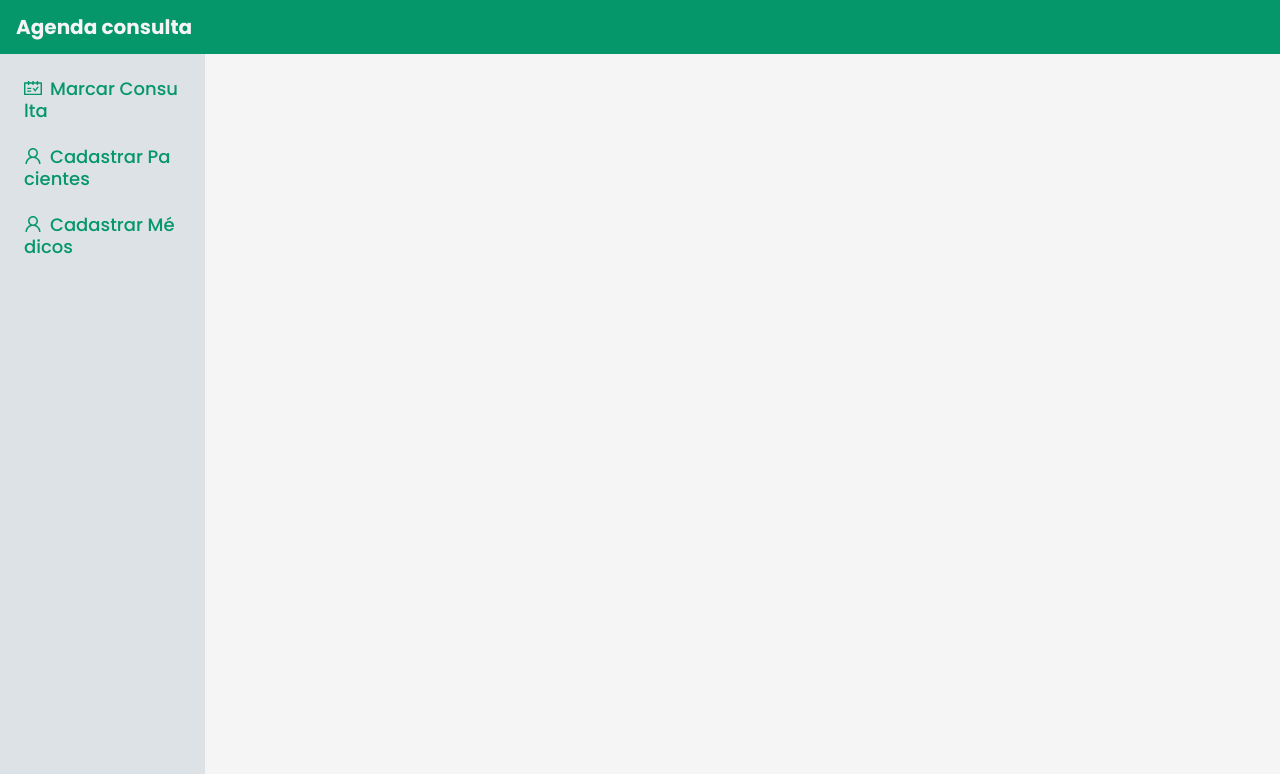
Repository: BarbaraCD/agendaconsulta
Page: /
An editor plug-in stored every save of this project. The page is shown before and after the next save, followed by the edit.
The browser window is 1280 px wide. The pictures show the whole page.
The project was rebuilt for these pictures with package versions that can differ from the ones it lists, and the page was loaded fresh each time. Also part of the build but not shown: vite.config.ts, src/services/ApiConfig.ts, src/services/appointment.services.ts, src/styles/Appointments.ts, src/services/doctor.services.ts, src/services/patient.services.ts, src/components/Calendar.tsx, src/styles/InputContainer.ts and 7 more. Imported but missing from the stored project, and not drawn on this page: src/components/Appointments.tsx.old.

Above is the page before, as saved 2023-08-23 08:08:49.

After the next save:
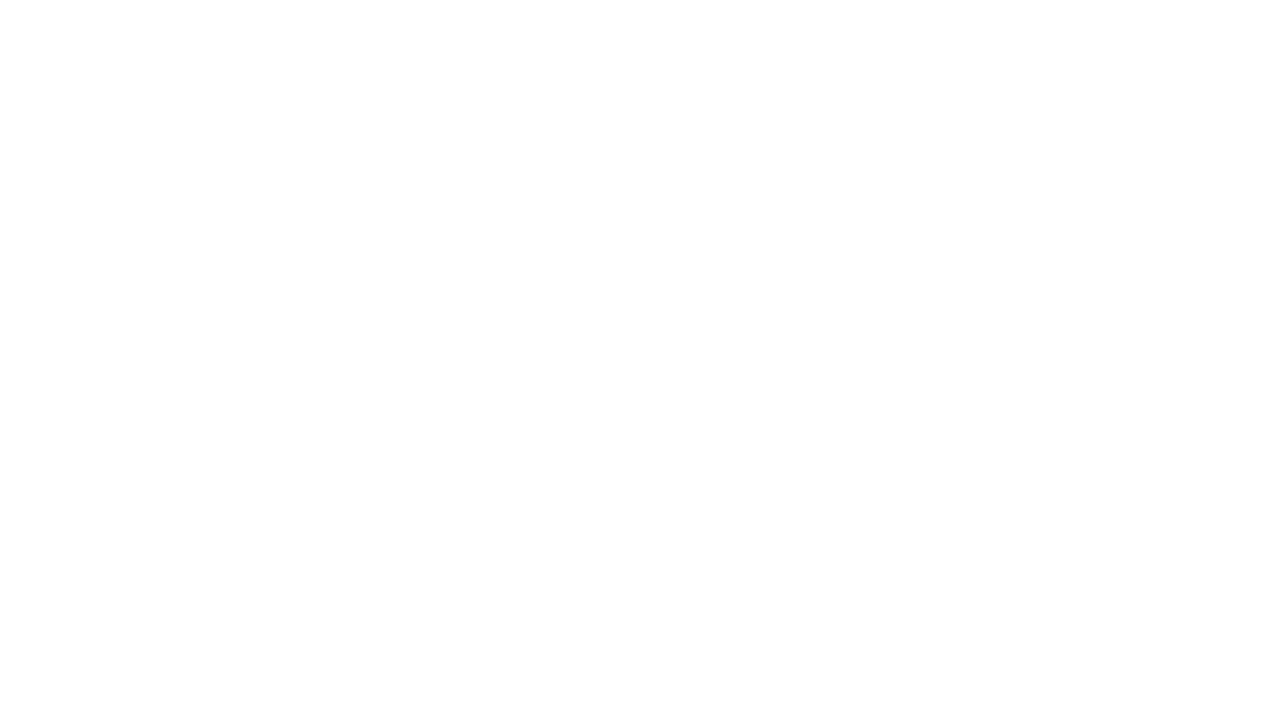
Console error: ReferenceError: CreateAppointments is not defined
Saved 48 s later.
--- a/src/routes/app.routes.tsx
+++ b/src/routes/app.routes.tsx
@@ -2,7 +2,6 @@ import { Routes, Route } from 'react-router-dom'
 
 import { App } from 'antd'
 import { AppointmentsCalendar } from '../components/Calendar'
-import { CreateAppointments } from '../components/Appointments.tsx.old'
 import { InputPatients } from '../components/InputPatient'
 import { DoctorTable } from '../components/DoctorTable'
 import { PatientTable } from '../components/PatientTable'

After the save that followed:
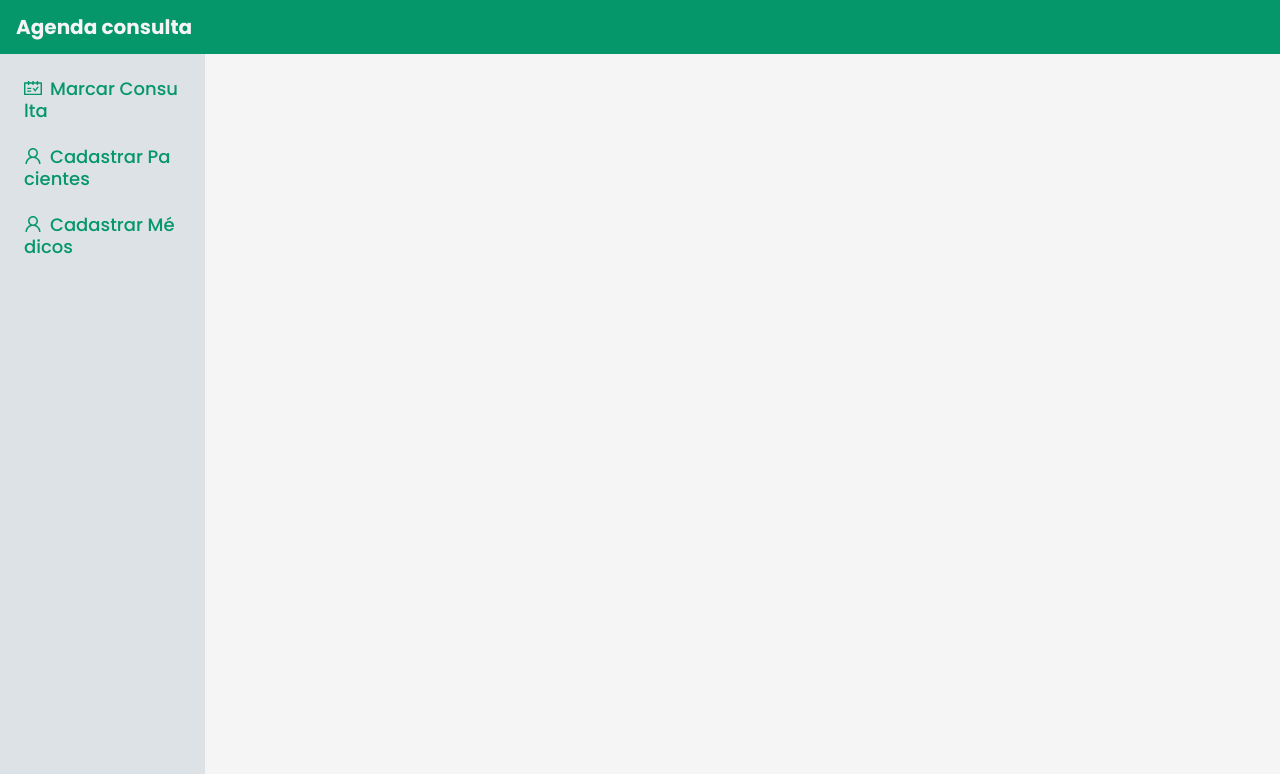
The error is gone.
Saved 13 s later.
--- a/src/routes/app.routes.tsx
+++ b/src/routes/app.routes.tsx
@@ -6,6 +6,7 @@ import { InputPatients } from '../components/InputPatient'
 import { DoctorTable } from '../components/DoctorTable'
 import { PatientTable } from '../components/PatientTable'
 import { InputDoctors } from '../components/InputDoctors'
+import { CreateAppointments } from '../components/Appointments'
 
 export function AppRoutes() {
   return (
